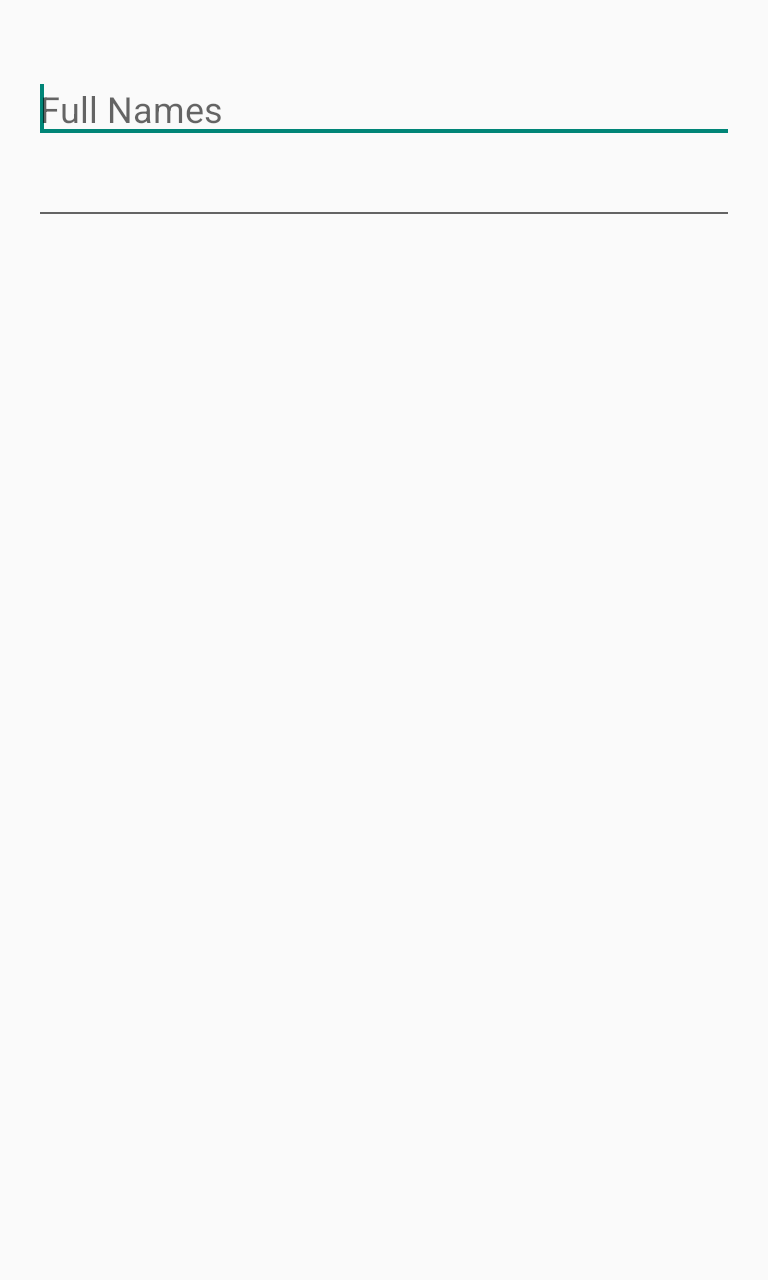
Repository: mboya/healthylife
Layout: Healthy Life/res/layout/activity_healthy_life_create_account.xml
These files come from the project's save history. The layout is drawn as it stood at one moment and after the next save; the edit follows.
It is drawn on a 768 x 1280 px phone screen (xhdpi) without system bars, with theme AppTheme; the app's code is not run.

Above is the layout before, as saved 2015-04-19 08:50:41.

### Healthy Life/res/layout/activity_healthy_life_create_account.xml
<RelativeLayout xmlns:android="http://schemas.android.com/apk/res/android"
    android:layout_width="fill_parent"
    android:layout_height="fill_parent" >

    <EditText
        android:id="@+id/editText1"
        android:layout_width="match_parent"
        android:layout_height="wrap_content"
        android:layout_alignParentTop="true"
        android:layout_centerHorizontal="true"
        android:layout_marginLeft="16dp"
        android:layout_marginRight="16dp"
        android:layout_marginTop="32dp"
        android:ems="10"
        android:hint="@string/full_names"
        android:singleLine="true" >

        <requestFocus />
    </EditText>

    <EditText
        android:id="@+id/editText2"
        android:layout_width="match_parent"
        android:layout_height="wrap_content"
        android:layout_below="@+id/editText1"
        android:layout_centerHorizontal="true"
        android:layout_marginLeft="16dp"
        android:layout_marginRight="16dp"
        android:ems="10"
        android:inputType="phone"
        android:singleLine="true" />

</RelativeLayout>

### Healthy Life/res/values/strings.xml
<?xml version="1.0" encoding="utf-8"?>
<resources>

    <string name="app_name">Healthy Life</string>
    <string name="hello_world">Hello world!</string>
    <string name="action_settings">Settings</string>
    <string name="username">Username</string>
    <string name="password">Password</string>
    <string name="login">Log In</string>
    <string name="create_account">Create Account</string>
    <string name="title_activity_healthy_life_create_account">HealthyLifeCreateAccount</string>
    <string name="full_names">Full Names</string>
    <string name="phone_number">Phone Number</string>

</resources>

Loaded but not shown: Healthy Life/res/values/styles.xml (common file)

After the next save:
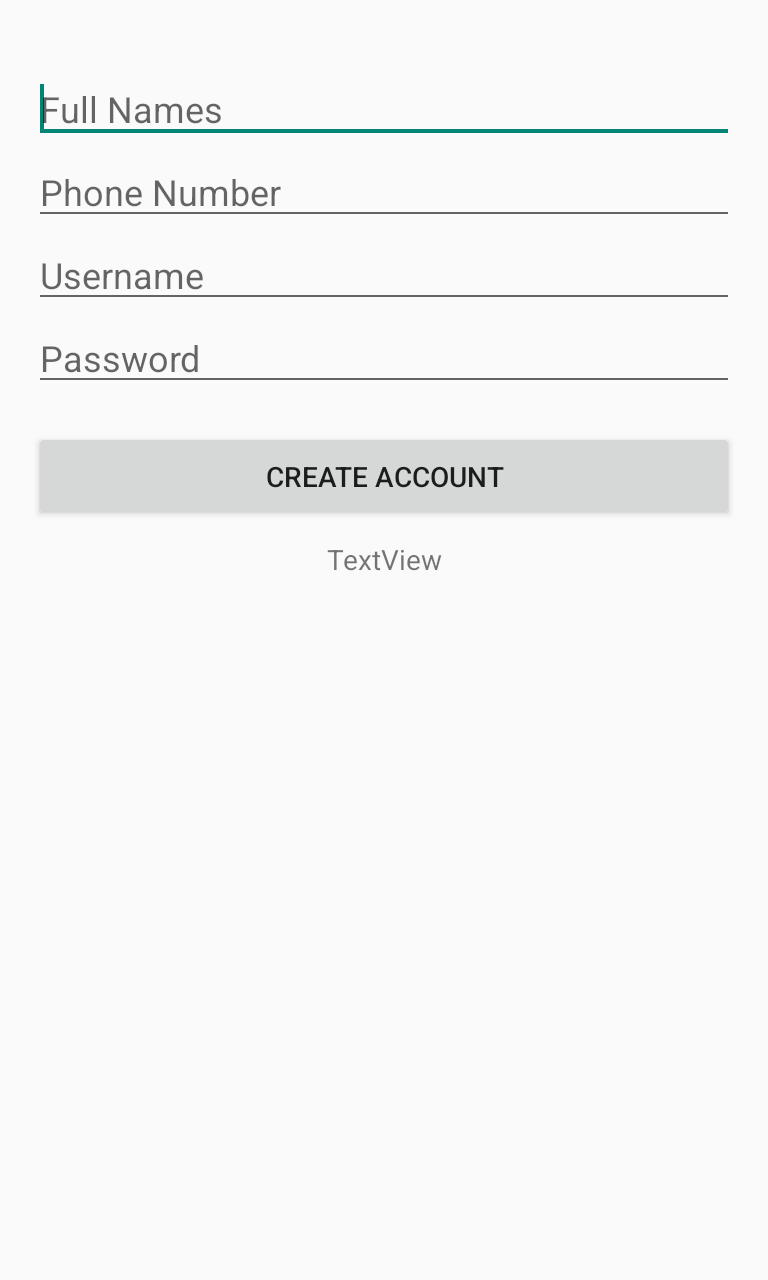
Saved 3 min 17 s later.
--- a/Healthy Life/res/layout/activity_healthy_life_create_account.xml
+++ b/Healthy Life/res/layout/activity_healthy_life_create_account.xml
@@ -27,7 +27,54 @@
         android:layout_marginLeft="16dp"
         android:layout_marginRight="16dp"
         android:ems="10"
+        android:hint="@string/phone_number"
         android:inputType="phone"
         android:singleLine="true" />
 
+    <EditText
+        android:id="@+id/editText3"
+        android:layout_width="match_parent"
+        android:layout_height="wrap_content"
+        android:layout_below="@+id/editText2"
+        android:layout_centerHorizontal="true"
+        android:layout_marginLeft="16dp"
+        android:layout_marginRight="16dp"
+        android:ems="10"
+        android:hint="@string/username" />
+
+    <EditText
+        android:id="@+id/editText4"
+        android:layout_width="match_parent"
+        android:layout_height="wrap_content"
+        android:layout_below="@+id/editText3"
+        android:layout_centerHorizontal="true"
+        android:layout_marginLeft="16dp"
+        android:layout_marginRight="16dp"
+        android:ems="10"
+        android:hint="@string/password"
+        android:inputType="textPassword" />
+
+    <Button
+        android:id="@+id/button1"
+        android:layout_width="match_parent"
+        android:layout_height="wrap_content"
+        android:layout_below="@+id/editText4"
+        android:layout_centerHorizontal="true"
+        android:layout_marginLeft="16dp"
+        android:layout_marginRight="16dp"
+        android:layout_marginTop="16dp"
+        android:text="@string/create_account" />
+
+    <TextView
+        android:id="@+id/textView1"
+        android:layout_width="match_parent"
+        android:layout_height="wrap_content"
+        android:layout_below="@+id/button1"
+        android:layout_centerHorizontal="true"
+        android:layout_marginLeft="16dp"
+        android:layout_marginRight="16dp"
+        android:layout_marginTop="8dp"
+        android:gravity="center"
+        android:text="TextView" />
+
 </RelativeLayout>
